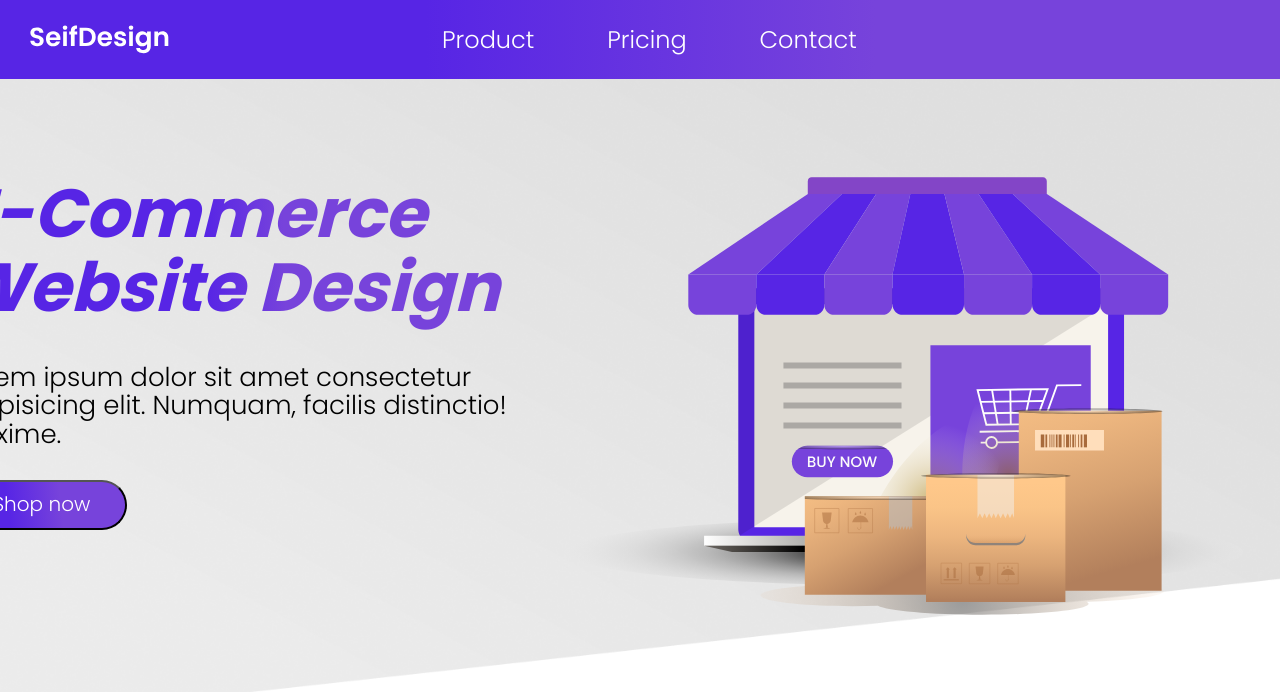
Repository: simralgasimov/newpage
Page: index.html
These files come from the project's save history. The page is drawn as it stood at one moment and after the next save; the edit follows.
The browser window is 1280 px wide. The pictures show the whole page.
The style sheet was rebuilt from its Sass, Less or Tailwind sources for each picture, by a compiler version that may differ from the author's.

Above is the page before, as saved 2023-12-13 14:53:51.
Not found: index.js

### index.html
<!DOCTYPE html>
<html lang="en">
  <head>
    <meta charset="UTF-8" />
    <meta name="viewport" content="width=device-width, initial-scale=1.0" />
    <title>Document</title>
    <link rel="stylesheet" href="./reset.css" />
    <link rel="stylesheet" href="./index.css" />
  </head>
  <body>
    <div class="container">
      <nav>
        <!-- <div class="logo"> -->
          <img class="logo-img" src=".//image/SeifDesign.svg" alt="" />
        <!-- </div> -->
        <ul>
          <li><a href="#">Product</a></li>
          <li><a href="#">Pricing</a></li>
          <li><a href="#">Contact</a></li>
        </ul>
        <div class="burgerMenu">
          <img src="./image/Frame 1.svg" alt="" />
        </div>
      </nav>
      <div class="box-container">
        <div class="box-1">
          <div class="text-container">
            <h1>E-Commerce Website Design</h1>
            <p>
              Lorem ipsum dolor sit amet consectetur adipisicing elit. Numquam,
              facilis distinctio! Maxime.
            </p>
            <button><a href="#">Shop now</a></button>
          </div>

            <img src=".//image/Group (1).svg" alt="" />

        </div>
        <!-- <div class="page-2">
          <ul>
            <li>
              <img src="./image/Group (2).svg" alt="" />
              <p>Free shipping</p>
            </li>

            <li>
              <img src="./image/Vector (1).svg" alt="" />
              <p>Free shipping</p>
            </li>
            <li>
              <img src="./image/Group (3).svg" alt="" />
              <p>Free shipping</p>
            </li>
            <li>
              <img src="./image/Vector (2).svg" alt="" />
              <p>Free shipping</p>
            </li>
          </ul>
        </div> -->
      </div>
    </div>

  </body>
  <script src="./index.js"></script>
</html>

### index.scss
@import url("https://fonts.googleapis.com/css2?family=Poppins:wght@300;700&display=swap");
* {
    margin: 0;
    padding: 0;
    box-sizing: border-box;
}
.container {
    background-image: url('./image/Rectangle\ 3.png');
    background-repeat: no-repeat;
    background-size: 100% 100%;
    /* padding: 16px 83px 33px 83px; */
    min-height: 100vh;
    width: 100%;
    /* background: linear-gradient(270deg, #7743db 31.64%, #5725e5 66.78%); */
    @media screen and (max-width: 1024px) {
        padding: 21px 21px;
    }
    nav {
        display: flex;
        align-items: center;
        background: linear-gradient(270deg, #7743DB 31.64%, #5725E5 66.78%);
        padding: 20px 30px;
        @media screen and (max-width: 1024px) {
            display: flex;
            justify-content: space-between;
        }
        .burgerMenu {
            display: none;
            @media screen and (max-width: 1024px) {
                display: block;
            }
        }
        .logo-img {
            width: 139px;
            height: 39px;
        }
        @media screen and (max-width: 1024px) {
            width: 97px;
        }
        ul {
            @media screen and (max-width: 1024px) {
                display: none;
            }
            display: flex;
            list-style-type: none;
            margin-left: 200px;

            li {
                margin-left: 73px;

                a {
                    text-decoration: none;
                    width: 98px;
                    height: 30px;
                    color: #fff;
                    text-align: center;
                    font-family: Poppins;
                    font-size: 24px;
                    font-style: normal;
                    font-weight: 300;
                    line-height: normal;
                }
            }
        }
    }
}
.box-container {
    .box-1 {
        padding: 98px 164px 43px 83px;
        display: flex;
        justify-content: center;
        .text-container {
            h1 {
                margin-bottom: 32px;
                width: 608px;
                height: 154px;
                font-family: Poppins;
                font-size: 68px;
                font-style: italic;
                font-weight: 700;
                line-height: 109%; /* 74.12px */
                background: linear-gradient(268deg, #7743db 46.2%, #5725e5 59.09%);
                background-clip: text;
                -webkit-background-clip: text;
                -webkit-text-fill-color: transparent;
            }
            p {
                width: 608px;
                color: #000;
                font-family: Poppins;
                font-size: 26px;
                font-style: normal;
                font-weight: 300;
                line-height: 109%;
            }
            button {
                margin-top: 32px;
                display: flex;
                width: 170px;
                height: 50px;
                padding: 0px 24px;
                justify-content: center;
                align-items: center;
                flex-shrink: 0;
                border-radius: 25px;
                background: linear-gradient(263deg, #7743db 38.81%, #5725e5 70.24%);
                a {
                    text-decoration: none;
                    color: #fff;
                    font-family: Poppins;
                    font-size: 20px;
                    font-style: normal;
                    font-weight: 400;
                    line-height: 109%; /* 21.8px */
                }
            }
        }
        .leftPage {
            img {
                width: 100%;
            }
        }
    }
    .page-2 {
        ul {
            display: flex;
            justify-content: center;

            li {
                margin-left: 64px;
                position: relative;

                bottom: 120px;

                display: flex;
                width: 178px;
                height: 199px;
                padding: 10px;
                flex-direction: column;
                justify-content: center;
                align-items: center;
                gap: 18px;
                flex-shrink: 0;
                border-radius: 25px;
                background: #5725e5;
                img {
                    width: 139.997px;
                    height: 70px;
                }
                p {
                    color: #fff;
                    text-align: center;
                    font-family: Poppins;
                    font-size: 18px;
                    font-style: normal;
                    font-weight: 400;
                    line-height: 109%; /* 19.62px */
                }
            }
        }
    }
}

Loaded but not shown: reset.css (common file)

After the next save:
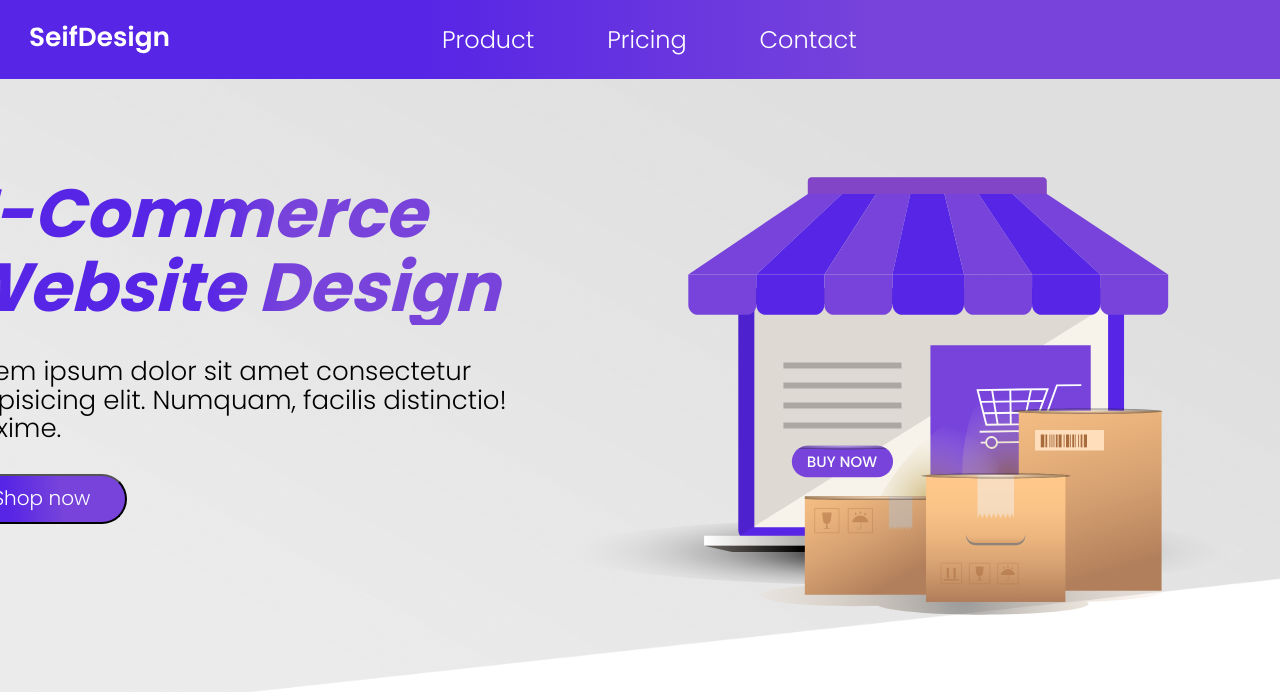
Saved 11 s later.
--- a/index.scss
+++ b/index.scss
@@ -73,7 +73,6 @@
             h1 {
                 margin-bottom: 32px;
                 width: 608px;
-                height: 154px;
                 font-family: Poppins;
                 font-size: 68px;
                 font-style: italic;
